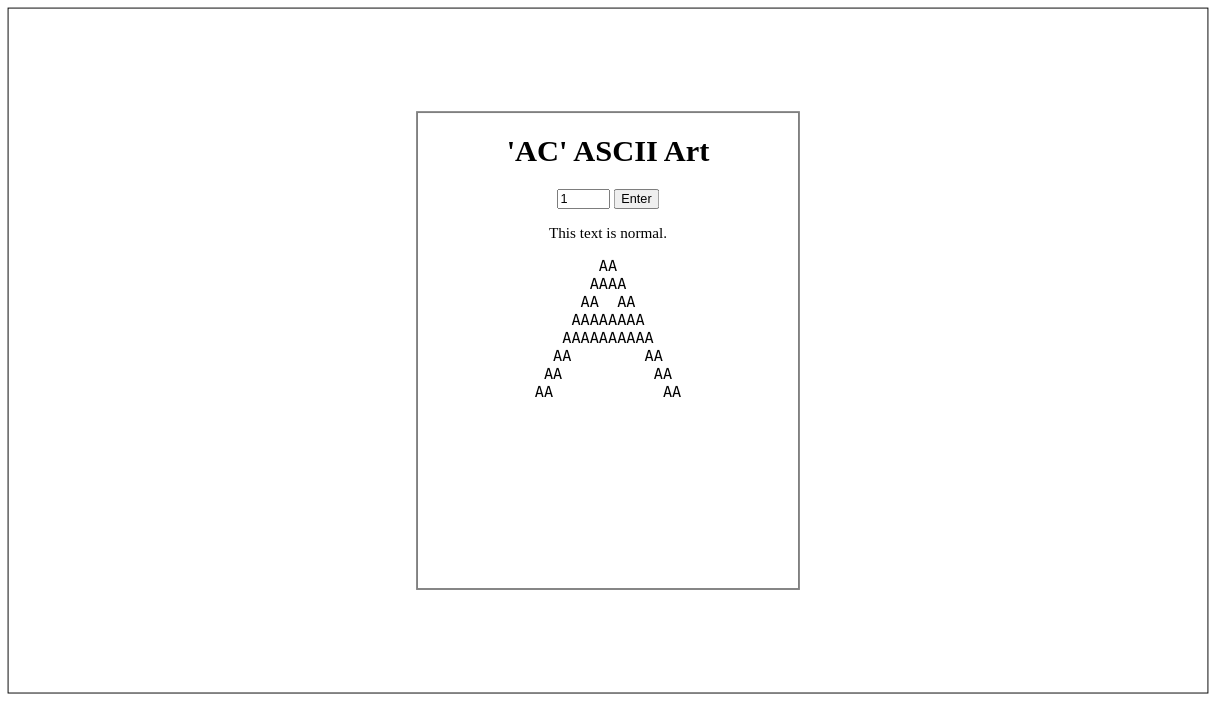
Repository: Achorn/ascii-art
Page: index.html
The author's editor kept a copy of each file at every save. The page is drawn from the files as they stood at one save, then again after a run of saves.
The browser window is 1280 px wide. The pictures show the whole page, at 95% of full size.

Above is the page before, as saved 2021-08-09 16:30:05.

After the next 4 saves:
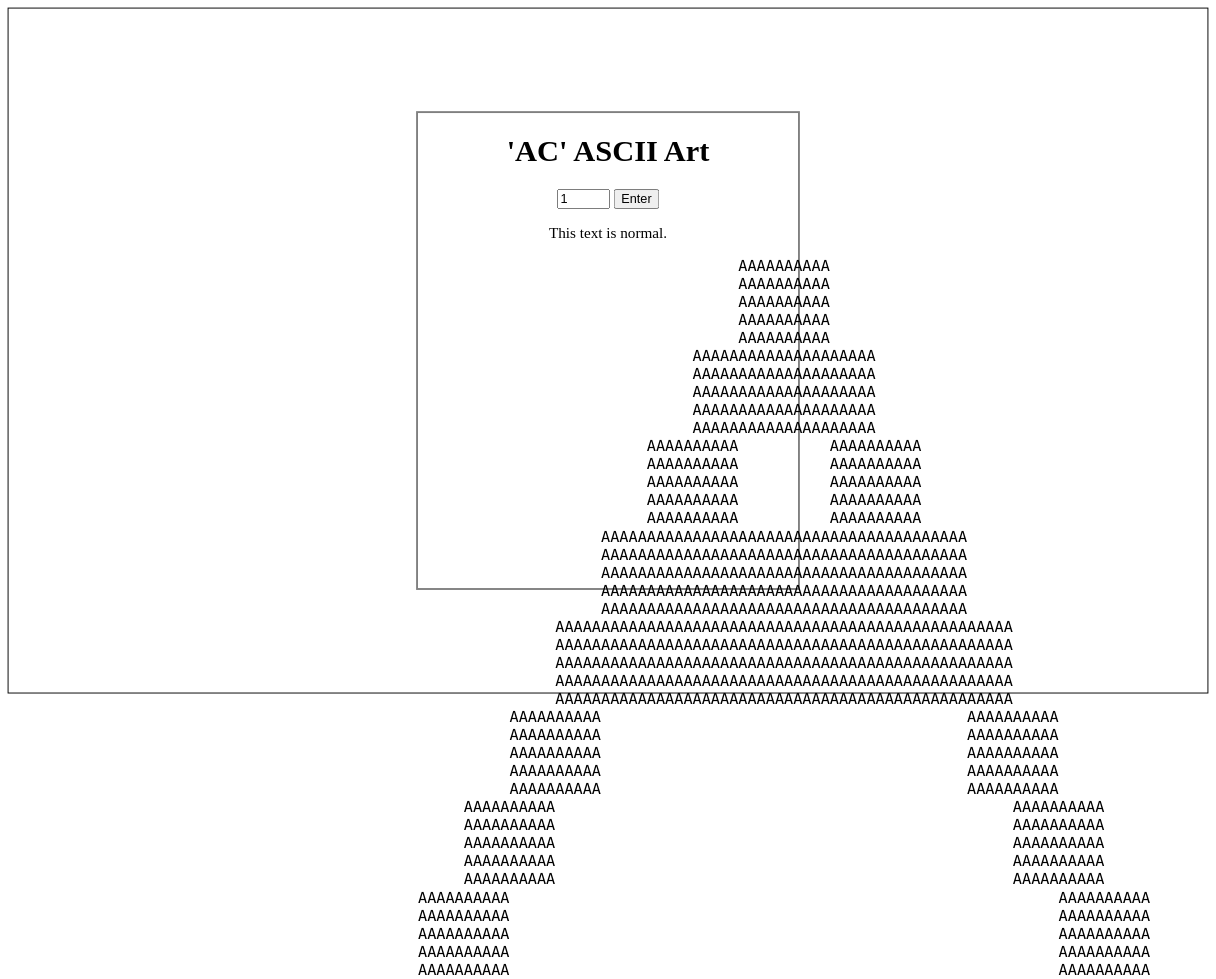
The 4 saves are shown as one change because they came seconds apart.
The last was saved 45 s later.
--- a/myscripts.js
+++ b/myscripts.js
@@ -171,7 +171,7 @@ function scaleSpread(array, factor) {
 
   return scaled;
 }
-let sixteen = scaleSpread(eight, 1);
+let sixteen = scaleSpread(eight, 5);
 
 function arrToString(arr) {
   let string = "";
